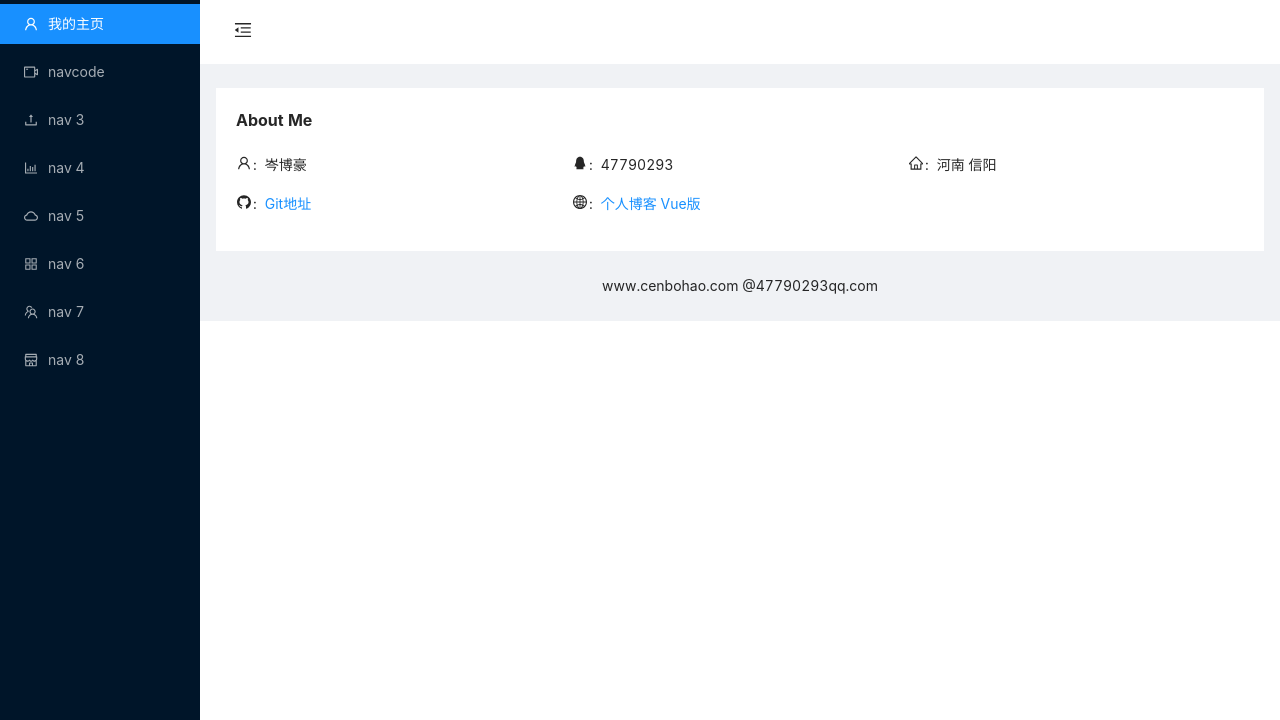
Repository: CBH20010703/bolgsweb
Page: /index (app in blogs/)
The author's editor kept a copy of each file at every save. The page is drawn from the files as they stood at one save, then again after the next save.
The browser window is 1280 px wide. The pictures show the whole page.
The project was rebuilt for these pictures with package versions that can differ from the ones it lists, and the page was loaded fresh each time. Also part of the build but not shown: blogs/src/view/Login/Login.jsx, blogs/src/component/Menu/MenuList.css, blogs/src/view/Home/Home.css, blogs/src/view/NavCode/NavCode.css, blogs/src/view/NavCode/NavCode.jsx, blogs/src/view/404/Error.jsx.

Above is the page before, as saved 2021-06-27 22:20:02.

### blogs/src/index.js
import React from 'react';
import ReactDOM from 'react-dom';
import './index.css';
import App from './App';
import { BrowserRouter} from 'react-router-dom'


ReactDOM.render(<BrowserRouter><App /></BrowserRouter>,document.getElementById('root'));

### blogs/src/App.js
import './App.css';
import { React, Component } from "react";

import  RouterMap from "./router/RouterMap"
export default class  App extends Component {
  constructor(props) {
    super(props);
    this.state = {  collapsed: false, }
  }
  toggle = (data) => {
     console.log(data)
    this.setState({
      collapsed: data,
    });
  };
  render() {
    return (
      <RouterMap/>
    );
  }
}

### blogs/src/router/RouterMap.js
import React from 'react'
import {  Route, Switch} from 'react-router-dom'
import Login from "../view/Login/Login"
import Context from '../view/context/context'
import Error from '../view/404/Error'
export default class RouterMap  extends React.Component {
    render() {
        return (


            <Switch>
                 <Route  path="/"  component={Context}/>
                <Route path="/login" component={Login} />

                    <Route path="*" component={Error} />

               </Switch>


        )
    }
}

### blogs/src/view/context/context.jsx

import { React, Component } from "react";
import Headers from '../../component/Header/Headers';
import MenuList from '../../component/Menu/MenuList';
import Footers from '../../component/Footer/Footers';

import { Layout } from 'antd';
import { Redirect, Route, Switch } from 'react-router-dom'
import Home from "../Home/Home.jsx";
import Navcode from "../NavCode/NavCode.jsx"
import Error from "../404/Error";
const { Content, Sider } = Layout;
export default class Context extends Component {
  constructor(props) {
    super(props);
    this.state = { collapsed: false, }
  }
  toggle = (data) => {
    console.log(data)
    this.setState({
      collapsed: data,
    });
  };
  render() {
    return (

      <Layout>
        <Sider trigger={null} collapsible collapsed={this.state.collapsed}
          style={{
            overflow: 'auto',
            height: '100vh',
            position: 'fixed',
            left: 0,
          }}
        >
          <MenuList />
        </Sider>
        <Layout className="site-layout" style={{ paddingLeft: this.state.collapsed ? "60px" : "200px", transition: "0.1s ease" }}>
          <Headers toggle={this.toggle} parent={this.state.collapsed}></Headers>
          <Content style={{ margin: '24px 16px 0', height: "auto", background: "#fff" }}>
            <Switch>
              <Route path="/index" component={Home} />
              <Route path="/NavCode" component={Navcode} />
              <Route path="*" component={Error} />
              <Redirect to="/index"></Redirect>
            </Switch>
          </Content>
          <Footers />
        </Layout>
      </Layout>


    );
  }
}

### blogs/src/component/Header/Headers.jsx
import React, { Component } from 'react'
import { Layout } from 'antd';


import {
  MenuUnfoldOutlined,
  MenuFoldOutlined,
} from '@ant-design/icons';
import "./Headers.css"
const { Header } = Layout;
export default class Headers extends Component {
    constructor(props) {
        super(props)
        this.state = {
            isShow:false
        }
    }
    Tab = () => {
        let { isShow } = this.state;
        this.setState({
            isShow:!isShow
        })
        this.props.toggle(!isShow);

    }
    render() {

        return (

                <Header className="site-layout-background" style={{ paddingLeft:"10px" }} >
                     {React.createElement(this.state.isShow ? MenuUnfoldOutlined : MenuFoldOutlined, {
              className: 'trigger',
                         onClick: this.Tab,

            })}
                </Header>

        )
    }
}

### blogs/src/component/Menu/MenuList.jsx
import React, { Component } from 'react'
import { Menu } from 'antd';
import {Link} from 'react-router-dom'
import "./MenuList.css"
import {
  AppstoreOutlined,
  BarChartOutlined,
  CloudOutlined,
  ShopOutlined,
  TeamOutlined,
  UserOutlined,
  UploadOutlined,
  VideoCameraOutlined,
} from '@ant-design/icons';
export default class MenuList extends Component {
  render() {
    return (

         <Menu theme="dark" mode="inline" defaultSelectedKeys={['1']}>
          <Menu.Item key="1"  icon={<UserOutlined />}>
          <Link to="/index"> 我的主页
            </Link>

          </Menu.Item>
          <Menu.Item key="2" icon={<VideoCameraOutlined />}>
          <Link to="/NavCode"> navcode
            </Link>

          </Menu.Item>
          <Menu.Item key="3" icon={<UploadOutlined />}>
            nav 3
          </Menu.Item>
          <Menu.Item key="4" icon={<BarChartOutlined />}>
            nav 4
          </Menu.Item>
          <Menu.Item key="5" icon={<CloudOutlined />}>
            nav 5
          </Menu.Item>
          <Menu.Item key="6" icon={<AppstoreOutlined />}>
            nav 6
          </Menu.Item>
          <Menu.Item key="7" icon={<TeamOutlined />}>
            nav 7
          </Menu.Item>
          <Menu.Item key="8" icon={<ShopOutlined />}>
            nav 8
          </Menu.Item>
        </Menu>
    )
  }
}

### blogs/src/component/Footer/Footers.jsx
import React, { Component } from 'react'
import { Layout } from 'antd';
const {  Footer } = Layout;
export default class Footers extends Component {
    render() {
        return (
            <div>
               <Footer style={{ textAlign: 'center' }}>www.cenbohao.com @47790293qq.com</Footer>
            </div>
        )
    }
}

### blogs/src/view/Home/Home.jsx
import React, { Component } from 'react'
import "./Home.css"
import { Descriptions } from 'antd';
import { UserOutlined, QqOutlined, HomeOutlined, GithubOutlined, GlobalOutlined } from '@ant-design/icons';
export default class Home extends Component {

    handleClick = e => {
        console.log('click ', e);
    };
    render() {
        return (

            <div style={{ padding: "20px" }}>
                <Descriptions title="About Me">
                    <Descriptions.Item label={<UserOutlined />}>岑博豪</Descriptions.Item>
                    <Descriptions.Item label={<QqOutlined />}>47790293</Descriptions.Item>
                    <Descriptions.Item label={<HomeOutlined />}>河南 信阳</Descriptions.Item>
                    <Descriptions.Item label={<GithubOutlined />}><a href="https://github.com/CBH20010703"  >Git地址</a></Descriptions.Item>
                    <Descriptions.Item label={<GlobalOutlined />}>
                        <a href="http://www.cenbohao.com/">个人博客 Vue版</a>
                    </Descriptions.Item>
                </Descriptions>
            </div>

        )
    }
}

### blogs/src/component/Header/Headers.css
.site-layout .site-layout-background {
    background: #fff;
}

 .trigger {
    padding: 0 24px;
    font-size: 18px;
    line-height: 64px;
    cursor: pointer;
    transition: color 0.3s;
}

 .trigger:hover {
    color: #1890ff;
}

Loaded but not shown: blogs/public/index.html (common file); blogs/src/index.css (common file); blogs/src/App.css (common file)

After the next save:
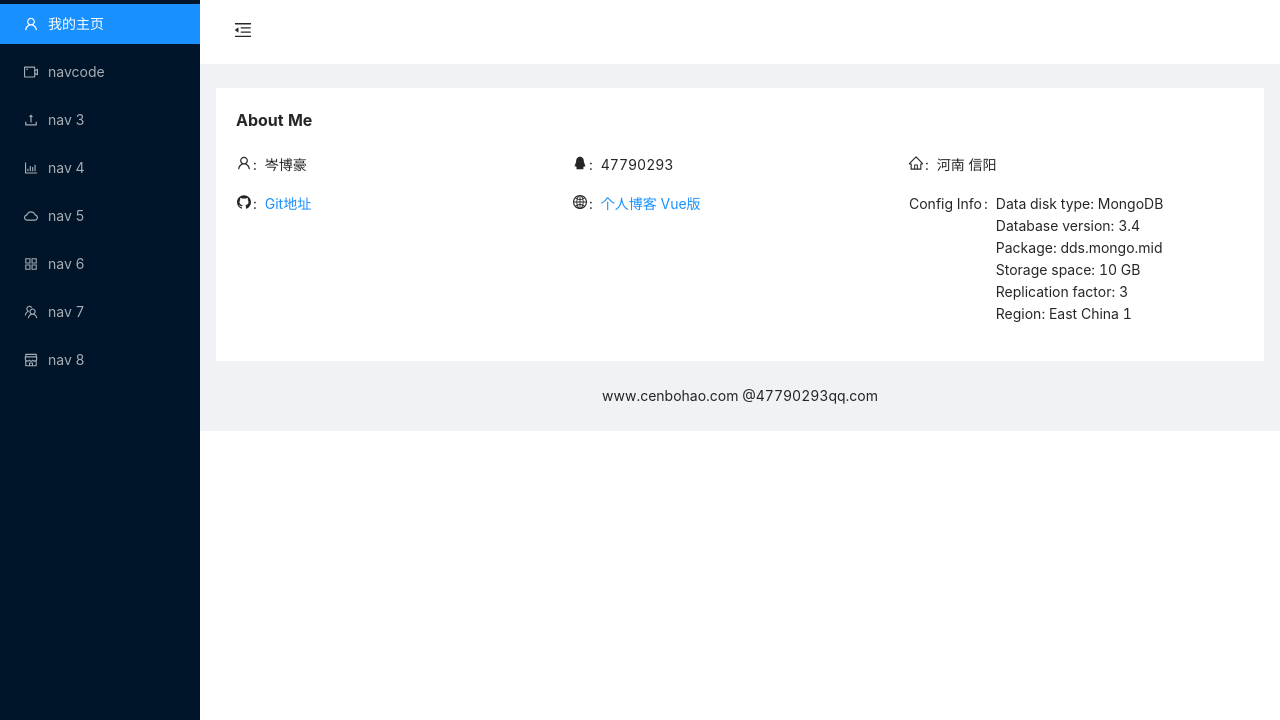
Saved 117 s later.
--- a/blogs/src/view/Home/Home.jsx
+++ b/blogs/src/view/Home/Home.jsx
@@ -19,6 +19,19 @@
                     <Descriptions.Item label={<GlobalOutlined />}>
                         <a href="http://www.cenbohao.com/">个人博客 Vue版</a>
                     </Descriptions.Item>
+                    <Descriptions.Item label="Config Info">
+                        Data disk type: MongoDB
+                        <br />
+                        Database version: 3.4
+                        <br />
+                        Package: dds.mongo.mid
+                        <br />
+                        Storage space: 10 GB
+                        <br />
+                        Replication factor: 3
+                        <br />
+                        Region: East China 1<br />
+                    </Descriptions.Item>
                 </Descriptions>
             </div>
 

After the save that followed:
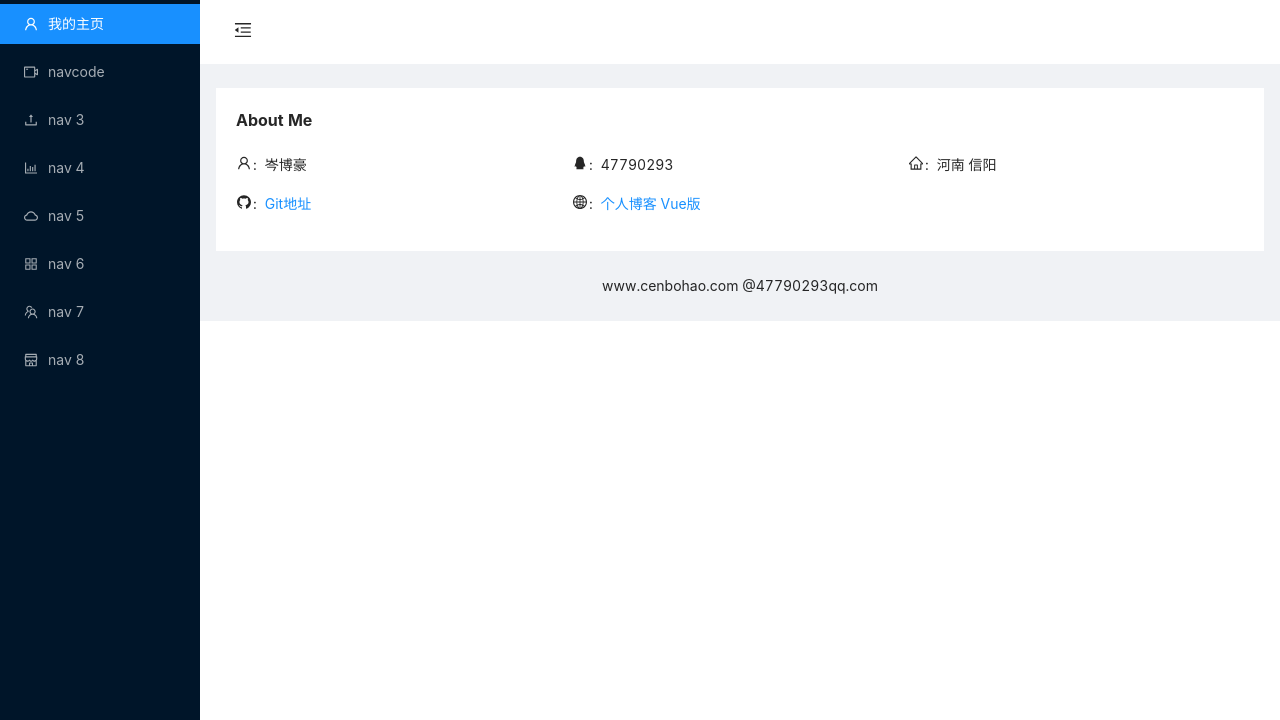
Saved 14 s later.
--- a/blogs/src/view/Home/Home.jsx
+++ b/blogs/src/view/Home/Home.jsx
@@ -19,19 +19,7 @@
                     <Descriptions.Item label={<GlobalOutlined />}>
                         <a href="http://www.cenbohao.com/">个人博客 Vue版</a>
                     </Descriptions.Item>
-                    <Descriptions.Item label="Config Info">
-                        Data disk type: MongoDB
-                        <br />
-                        Database version: 3.4
-                        <br />
-                        Package: dds.mongo.mid
-                        <br />
-                        Storage space: 10 GB
-                        <br />
-                        Replication factor: 3
-                        <br />
-                        Region: East China 1<br />
-                    </Descriptions.Item>
+
                 </Descriptions>
             </div>
 
